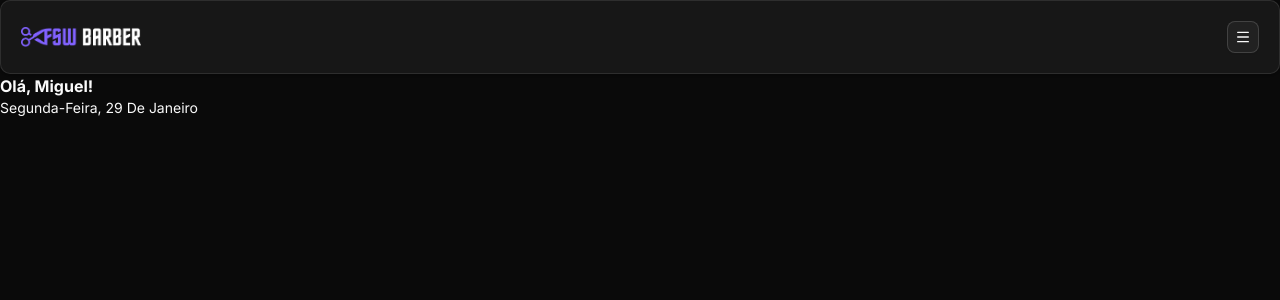
Repository: PaulinhoMachadooo/Barber
Page: /
The author's editor kept a copy of each file at every save. The page is drawn from the files as they stood at one save, then again after the next save.
The browser window is 1280 px wide. The pictures show the whole page.
The project was rebuilt for these pictures with package versions that can differ from the ones it lists, and the page was loaded fresh each time. The framework's server and built-in components were replaced by stand-ins that run in the browser. Also part of the build but not shown: next.config.ts.

Above is the page before, as saved 2025-04-08 21:02:12.

After the next save:
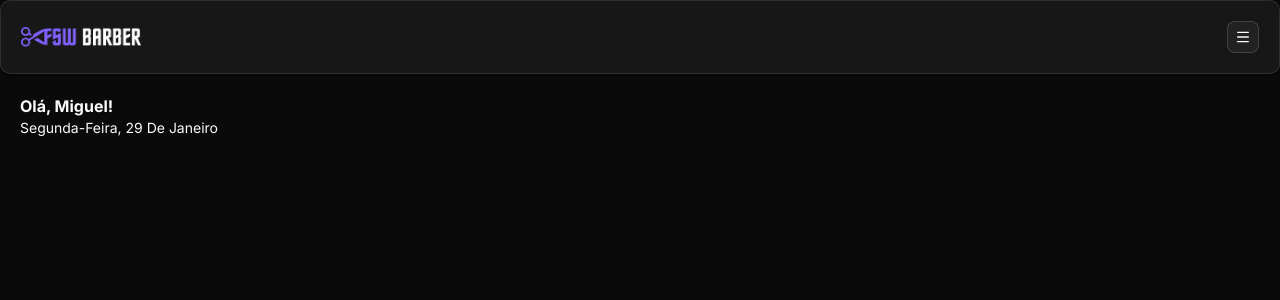
Saved 106 s later.
--- a/app/(home)/page.tsx
+++ b/app/(home)/page.tsx
@@ -9,11 +9,13 @@ export default function Home() {
     <div>
       <Header />
 
-      <h2 className="tex-xl font-bold">Olá, Miguel!</h2>
-      <p className="capitalize text-sm">
-        {format(new Date(), "EEEE',' dd 'de' MMMM", {
-            locale: ptBR,
-        })}</p>
+        <div className="px-5 pt-5">
+          <h2 className="tex-xl font-bold">Olá, Miguel!</h2>
+          <p className="capitalize text-sm">
+            {format(new Date(), "EEEE',' dd 'de' MMMM", {
+                locale: ptBR,
+            })}</p>
+        </div>
     </div>
   );
 }
